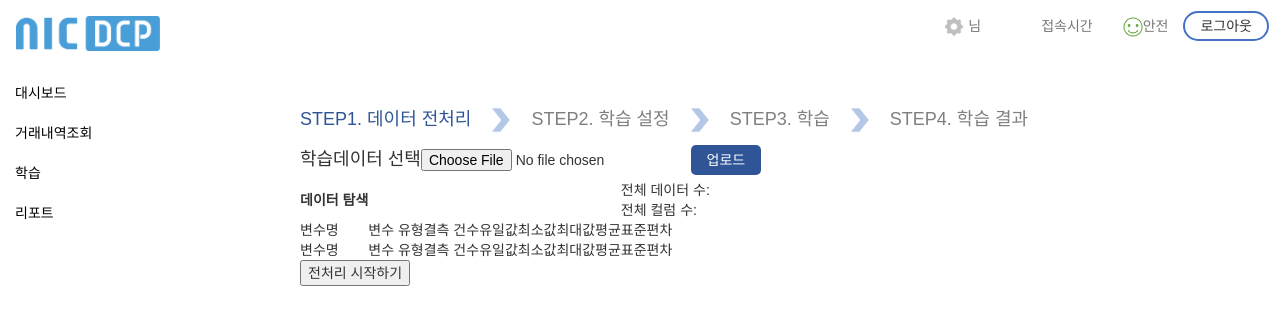
Repository: zzyeah0/project01
Page: http://localhost/nicdcp_frontend/step1.jsp
These files come from the project's save history. The page is drawn as it stood at one moment and after the next save; the edit follows.
The browser window is 1280 px wide. The pictures show the whole page.
Some web fonts or font styles are not loaded; a fallback is used. The page is served by Tomcat 9. The template is opened directly, without the code that normally fills it, so the values that code supplies are empty.

Above is the page before, as saved 2021-05-24 09:13:39.

After the next save:
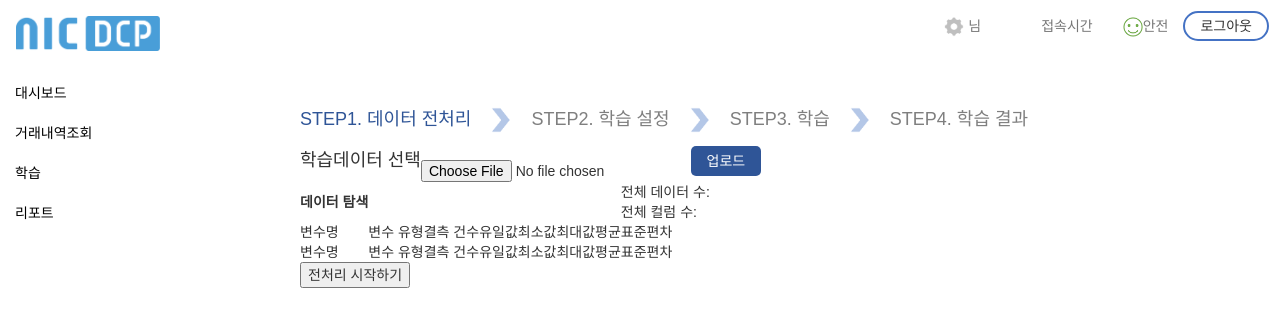
Saved 118 s later.
--- a/nicdcp_frontend/src/main/webapp/step1.jsp
+++ b/nicdcp_frontend/src/main/webapp/step1.jsp
@@ -41,7 +41,7 @@
 			<tr>
 				<th><h4>학습데이터 선택</h4></th>
 				<td colspan="7">
-					<input type="file" name="file"/>
+					&nbsp;&nbsp;<input type="file" name="file"/>
 				</td>
 				<td>
 					<input type="submit" value="업로드" class="btn blue"/>

After the save that followed:
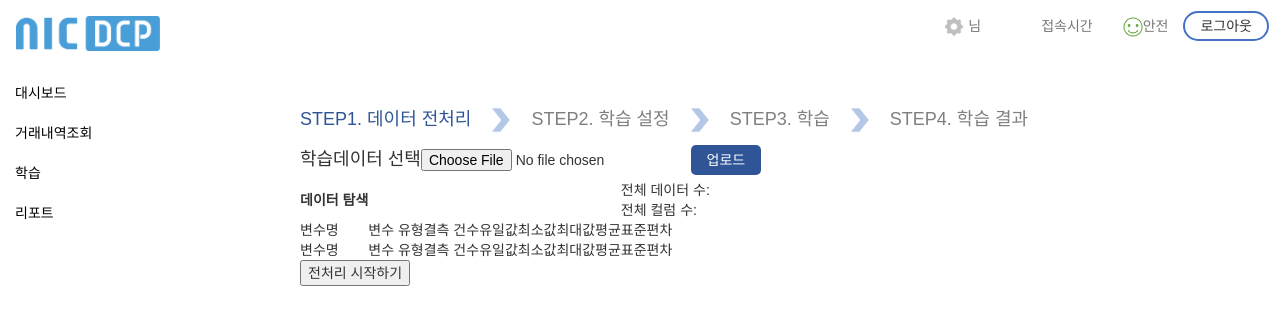
Saved 16 s later.
--- a/nicdcp_frontend/src/main/webapp/step1.jsp
+++ b/nicdcp_frontend/src/main/webapp/step1.jsp
@@ -41,7 +41,7 @@
 			<tr>
 				<th><h4>학습데이터 선택</h4></th>
 				<td colspan="7">
-					&nbsp;&nbsp;<input type="file" name="file"/>
+					<input type="file" name="file"/>
 				</td>
 				<td>
 					<input type="submit" value="업로드" class="btn blue"/>
